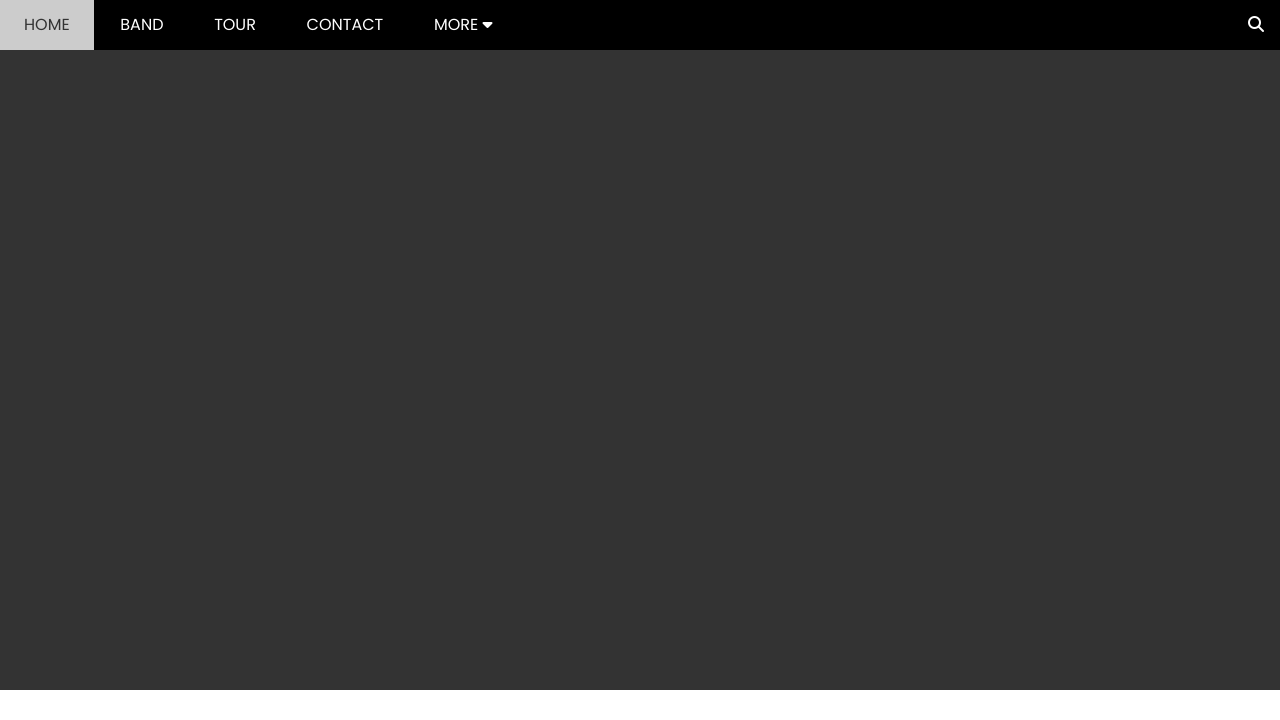
Repository: dptuyen1/the-band
Page: index.html
An editor plug-in stored every save of this project. The page is shown before and after the next save, followed by the edit.
The browser window is 1280 px wide. The pictures show the whole page.

Above is the page before, as saved 2023-06-02 13:23:10.

After the next save:
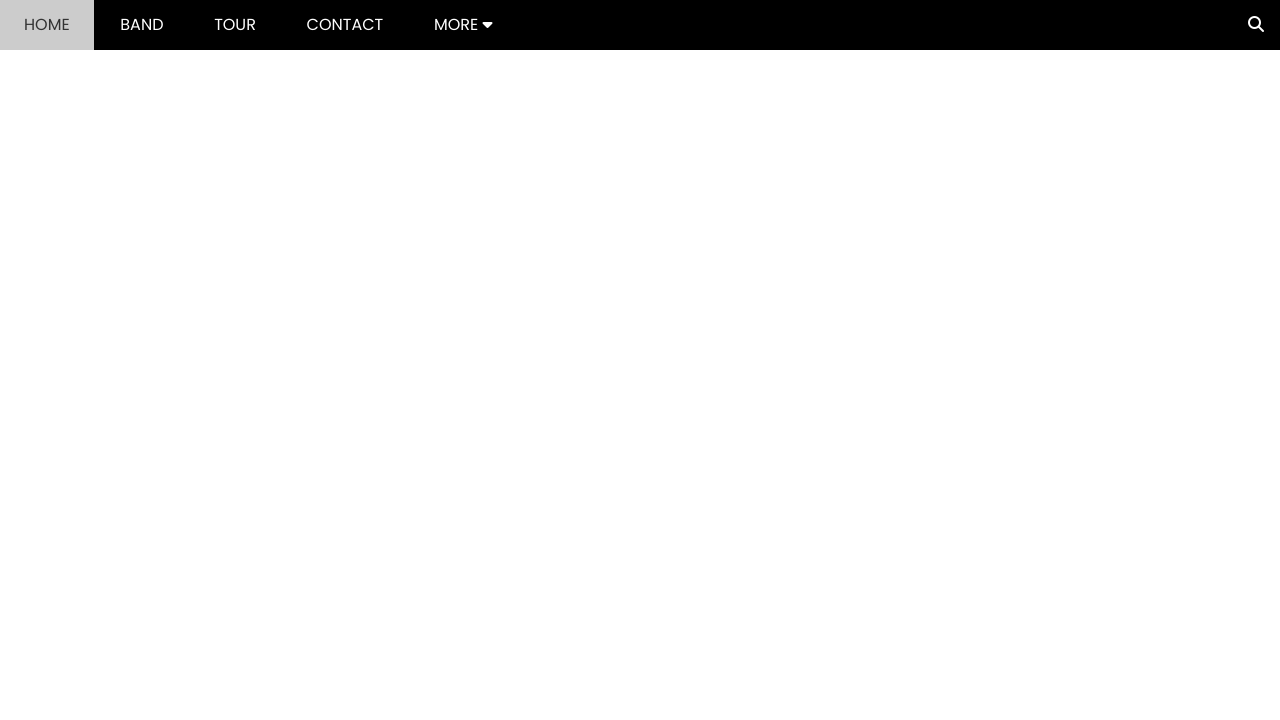
Saved 4 s later.
--- a/assets/css/style.css
+++ b/assets/css/style.css
@@ -102,7 +102,6 @@ html {
 #slider {
   padding-top: 50%;
   margin-top: 50px;
-  background-color: var(--text);
 }
 #content {
 }
